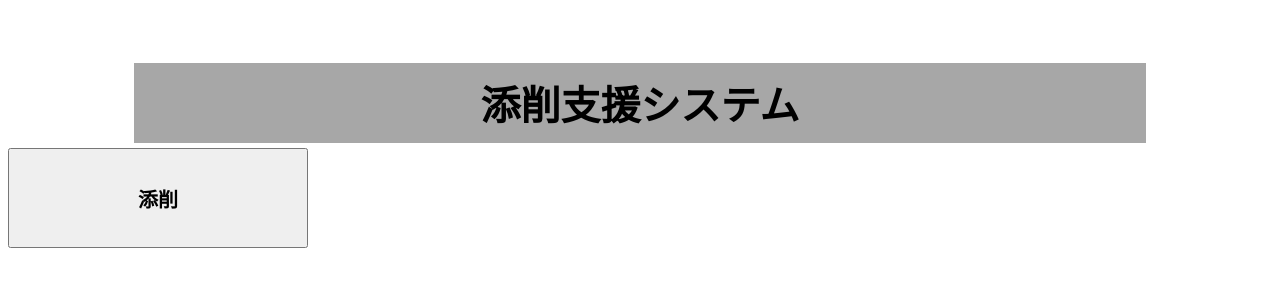
Repository: k-murakami18/canvas_v2
Page: Main.html
An editor plug-in stored every save of this project. The page is shown before and after the next save, followed by the edit.
The browser window is 1280 px wide. The pictures show the whole page.

Above is the page before, as saved 2021-01-04 19:52:02.

After the next save:
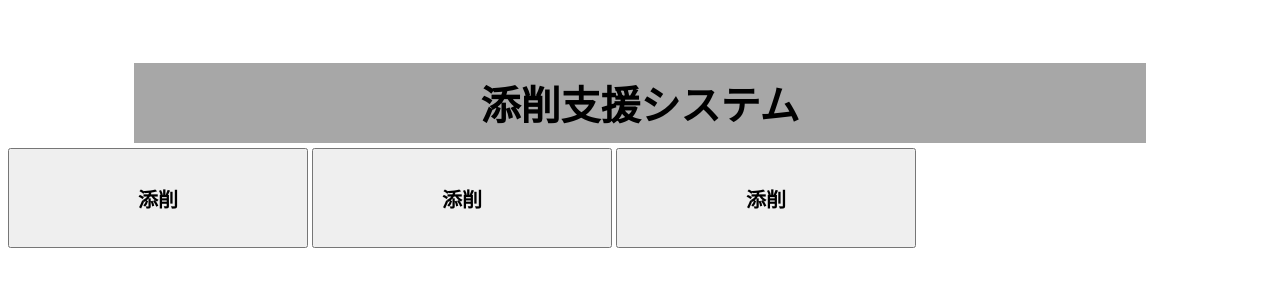
Saved 15 s later.
--- a/Main.html
+++ b/Main.html
@@ -26,6 +26,8 @@
   <div style="clear:left;"></div>
 
   <button class="button" type="submit" name="name" onclick="location.href='index.html'">添削</button>
+  <button class="button" type="submit" name="name" onclick="location.href='index.html'">添削</button>
+  <button class="button" type="submit" name="name" onclick="location.href='index.html'">添削</button>
 
 </body>
 
